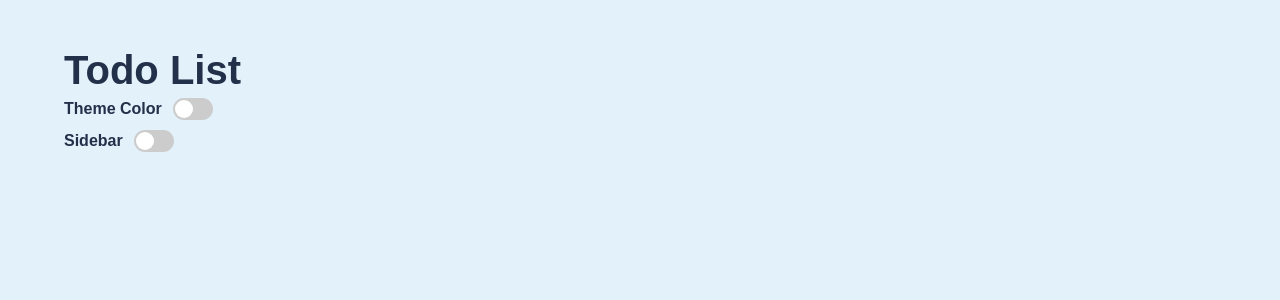
Repository: fbansghd/sortnote-local
Page: /
An editor plug-in stored every save of this project. The page is shown before and after the next save, followed by the edit.
The browser window is 1280 px wide. The pictures show the whole page.
The project was rebuilt for these pictures with package versions that can differ from the ones it lists, and the page was loaded fresh each time. Also part of the build but not shown: src/SortableTask.jsx, src/SortableCategory.jsx.

Above is the page before, as saved 2025-11-25 14:05:09.

After the next save:
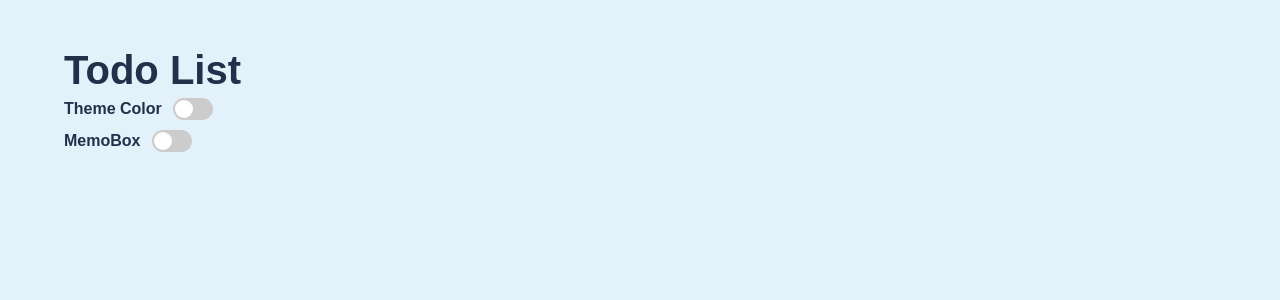
Saved 7 min 8 s later.
--- a/src/App.jsx
+++ b/src/App.jsx
@@ -71,7 +71,7 @@ function App() {
           </div>
           {/* サイドバー表示トグル */}
           <div className={styles.toggleContainer}>
-            <div>Sidebar</div>
+            <div>MemoBox</div>
             <label className={styles.toggleSwitch}>
               <input
                 type="checkbox"
